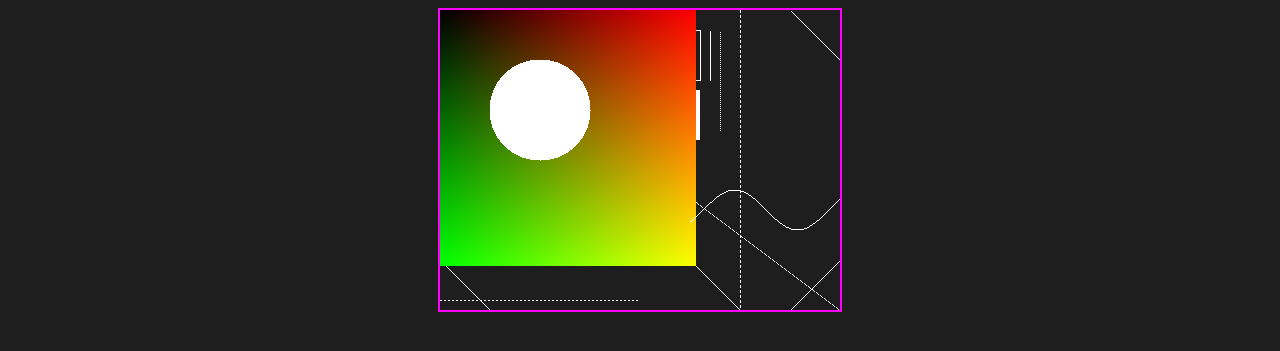
Repository: StarLightGX/miao
Page: paint.html
The author's editor kept a copy of each file at every save. The page is drawn from the files as they stood at one save, then again after the next save.
The browser window is 1280 px wide. The pictures show the whole page.

Above is the page before, as saved 2020-11-13 17:24:10.

After the next save:
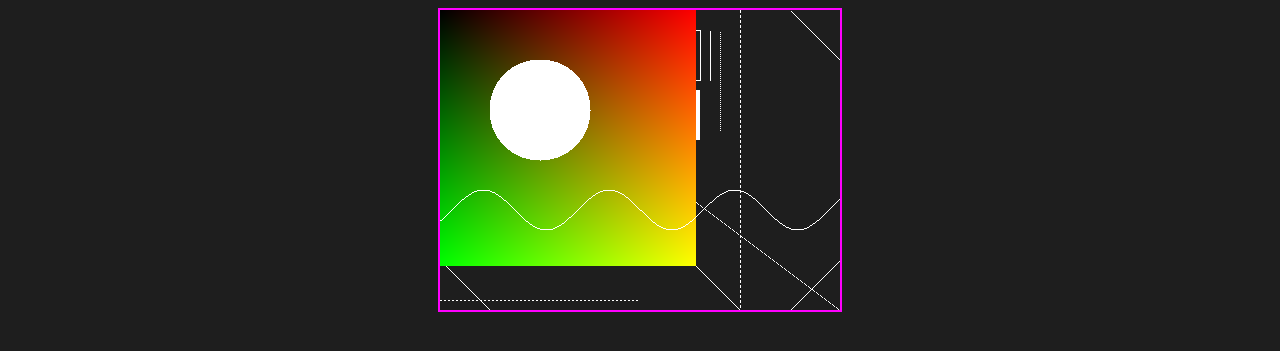
Saved 9 s later.
--- a/paint.html
+++ b/paint.html
@@ -217,7 +217,7 @@
     // 画一个实心的圆
 
     // 画一个大小合适的sin(x)的图像
-    for (x = 50; x < 1000; x++) {
+    for (x = -50000; x < 1000; x++) {
       y = 20 * Math.sin(x / 20);
       dot(x + 200, y + 200);
     }
